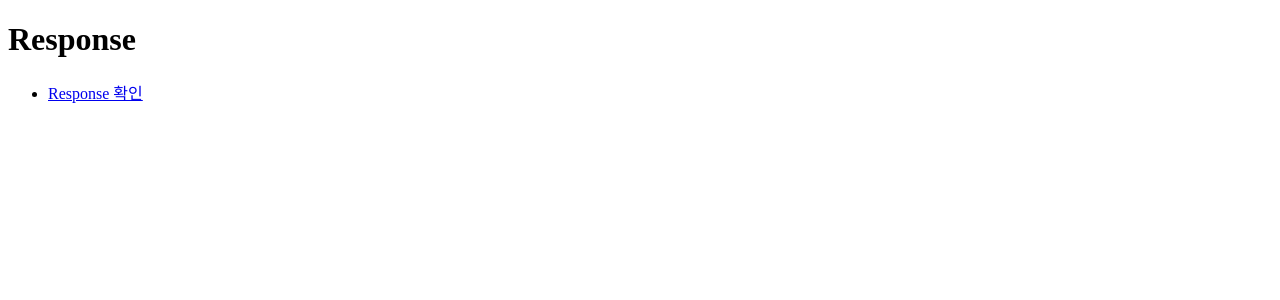
Repository: yeeeeeeer/05_servlet
Page: http://localhost/chap05-response/
These files come from the project's save history. The page is drawn as it stood at one moment and after the next save; the edit follows.
The browser window is 1280 px wide. The pictures show the whole page.
The page is served by Tomcat 10.

Above is the page before, as saved 2024-06-05 04:53:12.

After the next save:
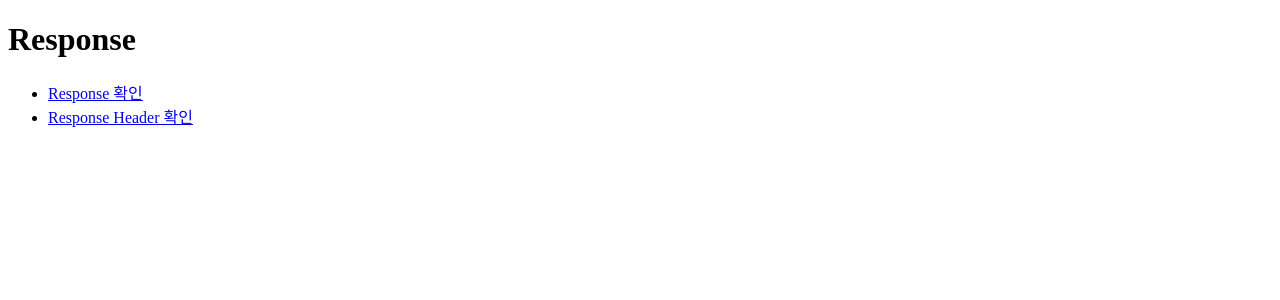
Saved 22 s later.
--- a/chap05-response/src/main/webapp/index.jsp
+++ b/chap05-response/src/main/webapp/index.jsp
@@ -11,6 +11,8 @@
 
 	<ul>
 		<li><a href="response">Response 확인</a></li>
+		<li><a href="headers">Response Header 확인</a></li>
+
 	</ul>
 </body>
 </html>
